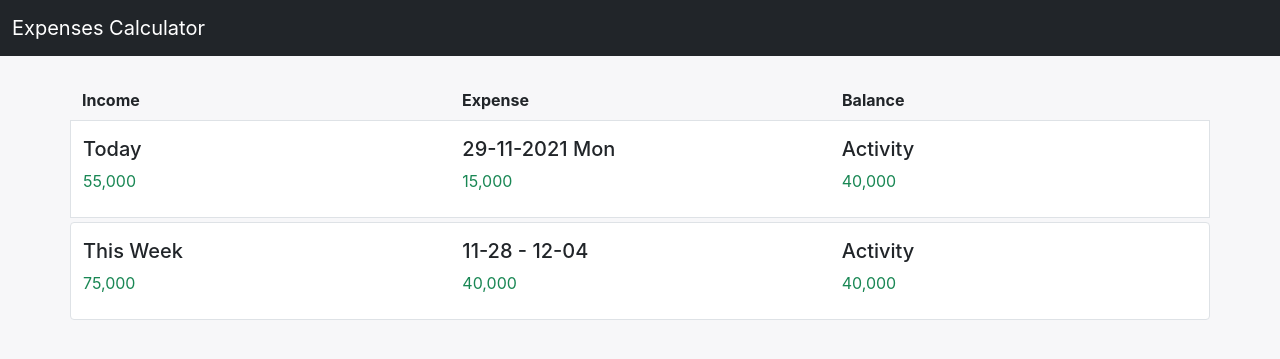
Repository: eidankhan/expenses-calculator
Page: /
These files come from the project's save history. The page is drawn as it stood at one moment and after the next save; the edit follows.
The browser window is 1280 px wide. The pictures show the whole page.
The project was rebuilt for these pictures with package versions that can differ from the ones it lists, and the page was loaded fresh each time. Also part of the build but not shown: src/components/SaveIncome.js.

Above is the page before, as saved 2021-11-29 17:28:11.

### public/index.html
<!DOCTYPE html>
<html lang="en">
  <head>
    <meta charset="utf-8" />
    <link rel="icon" href="%PUBLIC_URL%/favicon.ico" />
    <meta name="viewport" content="width=device-width, initial-scale=1" />
    <meta name="theme-color" content="#000000" />
    <meta
      name="description"
      content="Web site created using create-react-app"
    />
    <link rel="apple-touch-icon" href="%PUBLIC_URL%/logo192.png" />
    <link rel="manifest" href="%PUBLIC_URL%/manifest.json" />
    <!-- CSS only -->
    <link
      href="https://cdn.jsdelivr.net/npm/bootstrap@5.1.3/dist/css/bootstrap.min.css"
      rel="stylesheet"
      integrity="sha384-1BmE4kWBq78iYhFldvKuhfTAU6auU8tT94WrHftjDbrCEXSU1oBoqyl2QvZ6jIW3"
      crossorigin="anonymous"
    />
    <title>Shopping Cart App</title>
  </head>
  <body>
    <noscript>You need to enable JavaScript to run this app.</noscript>
    <div id="root"></div>
    <!-- JavaScript Bundle with Popper -->
    <script
      src="https://cdn.jsdelivr.net/npm/bootstrap@5.1.3/dist/js/bootstrap.bundle.min.js"
      integrity="sha384-ka7Sk0Gln4gmtz2MlQnikT1wXgYsOg+OMhuP+IlRH9sENBO0LRn5q+8nbTov4+1p"
      crossorigin="anonymous"
    ></script>
  </body>
</html>

### src/index.css
body {
  margin: 0;
  font-family: -apple-system, BlinkMacSystemFont, 'Segoe UI', 'Roboto', 'Oxygen',
    'Ubuntu', 'Cantarell', 'Fira Sans', 'Droid Sans', 'Helvetica Neue',
    sans-serif;
  -webkit-font-smoothing: antialiased;
  -moz-osx-font-smoothing: grayscale;
}

code {
  font-family: source-code-pro, Menlo, Monaco, Consolas, 'Courier New',
    monospace;
}

body{
  background-color: #F7F7F9;
}

### src/App.js
// import {
//   BrowserRouter as Router,
//   Routes,
//   Route,
// } from "react-router-dom";

import { IncomeSummary } from "./components/IncomeSummary";
import { Navbar } from "./components/Navbar";
import { SaveIncome } from "./components/SaveIncome";

function App() {
  return (
    <>
      <Navbar />
      <div className="container my-3">
        {/* <SaveIncome/> */}
        <IncomeSummary/>
      </div>
    </>
  );
}

export default App;

### src/components/IncomeSummary.js
import React from "react";

export const IncomeSummary = () => {
  return (
    <div className="my-3">
      <div className="row">
        <div className="col-md-4 my-2 pt-2 pt-2 pt-2 ">
          {" "}
          <strong>Income</strong>{" "}
        </div>
        <div className="col-md-4 my-2 pt-2 pt-2 pt-2 ">
          {" "}
          <strong>Expense</strong>{" "}
        </div>
        <div className="col-md-4 my-2 pt-2 pt-2 pt-2 ">
          {" "}
          <strong>Balance</strong>{" "}
        </div>
      </div>
      <div className="row border rounder" style={{backgroundColor: "white"}}>
        <div className="col-md-4 my-2 pt-2 pt-2 pt-2" m>
          <h5> Today </h5>
          <p className="text-success"> 55,000</p>
        </div>
        <div className="col-md-4 my-2 pt-2 pt-2 pt-2">
          <h5> 29-11-2021 Mon </h5>
          <p className="text-success"> 15,000</p>
        </div>
        <div className="col-md-4 my-2 pt-2 pt-2 pt-2">
          <h5> Activity </h5>
          <p className="text-success"> 40,000</p>
        </div>
      </div>
      <div className="row border rounded my-1" style={{backgroundColor: "white"}}>
        <div className="col-md-4 my-2 pt-2 pt-2 pt-2">
          <div className="cards">
            <h5> This Week </h5>
            <p className="text-success"> 75,000</p>
          </div>
        </div>
        <div className="col-md-4 my-2 pt-2 pt-2 pt-2">
          <h5> 11-28 - 12-04 </h5>
          <p className="text-success"> 40,000</p>
        </div>
        <div className="col-md-4 my-2 pt-2 pt-2 pt-2">
          <h5> Activity </h5>
          <p className="text-success"> 40,000</p>
        </div>
      </div>
    </div>
  );
};

### src/components/Navbar.js
import React from "react";

export const Navbar = () => {
  return (
    <nav className="navbar navbar-dark bg-dark">
      <div className="container-fluid">
        <a className="navbar-brand" href="/" > Expenses Calculator</a>

        {/* <form className="d-flex">
          <input
            className="form-control me-2"
            type="search"
            placeholder="Search"
            aria-label="Search"
          />
          <button className="btn btn-outline-success" type="submit">
            Search
          </button>
        </form> */}

      </div>
    </nav>
  );
};

Loaded but not shown: src/index.js (common file)

After the next save:
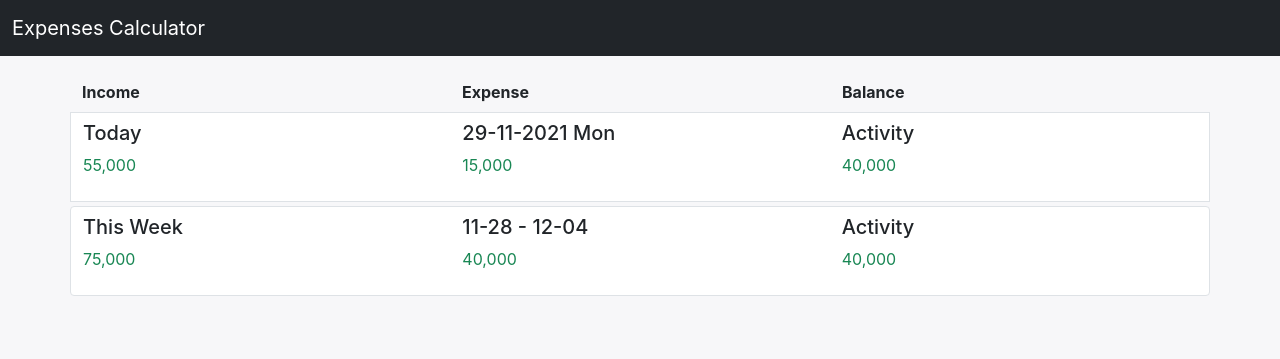
Saved 43 s later.
--- a/src/components/IncomeSummary.js
+++ b/src/components/IncomeSummary.js
@@ -4,45 +4,45 @@ export const IncomeSummary = () => {
   return (
     <div className="my-3">
       <div className="row">
-        <div className="col-md-4 my-2 pt-2 pt-2 pt-2 ">
+        <div className="col-md-4 my-2 ">
           {" "}
           <strong>Income</strong>{" "}
         </div>
-        <div className="col-md-4 my-2 pt-2 pt-2 pt-2 ">
+        <div className="col-md-4 my-2 ">
           {" "}
           <strong>Expense</strong>{" "}
         </div>
-        <div className="col-md-4 my-2 pt-2 pt-2 pt-2 ">
+        <div className="col-md-4 my-2 ">
           {" "}
           <strong>Balance</strong>{" "}
         </div>
       </div>
       <div className="row border rounder" style={{backgroundColor: "white"}}>
-        <div className="col-md-4 my-2 pt-2 pt-2 pt-2" m>
+        <div className="col-md-4 my-2" m>
           <h5> Today </h5>
           <p className="text-success"> 55,000</p>
         </div>
-        <div className="col-md-4 my-2 pt-2 pt-2 pt-2">
+        <div className="col-md-4 my-2">
           <h5> 29-11-2021 Mon </h5>
           <p className="text-success"> 15,000</p>
         </div>
-        <div className="col-md-4 my-2 pt-2 pt-2 pt-2">
+        <div className="col-md-4 my-2">
           <h5> Activity </h5>
           <p className="text-success"> 40,000</p>
         </div>
       </div>
       <div className="row border rounded my-1" style={{backgroundColor: "white"}}>
-        <div className="col-md-4 my-2 pt-2 pt-2 pt-2">
+        <div className="col-md-4 my-2">
           <div className="cards">
             <h5> This Week </h5>
             <p className="text-success"> 75,000</p>
           </div>
         </div>
-        <div className="col-md-4 my-2 pt-2 pt-2 pt-2">
+        <div className="col-md-4 my-2">
           <h5> 11-28 - 12-04 </h5>
           <p className="text-success"> 40,000</p>
         </div>
-        <div className="col-md-4 my-2 pt-2 pt-2 pt-2">
+        <div className="col-md-4 my-2">
           <h5> Activity </h5>
           <p className="text-success"> 40,000</p>
         </div>
